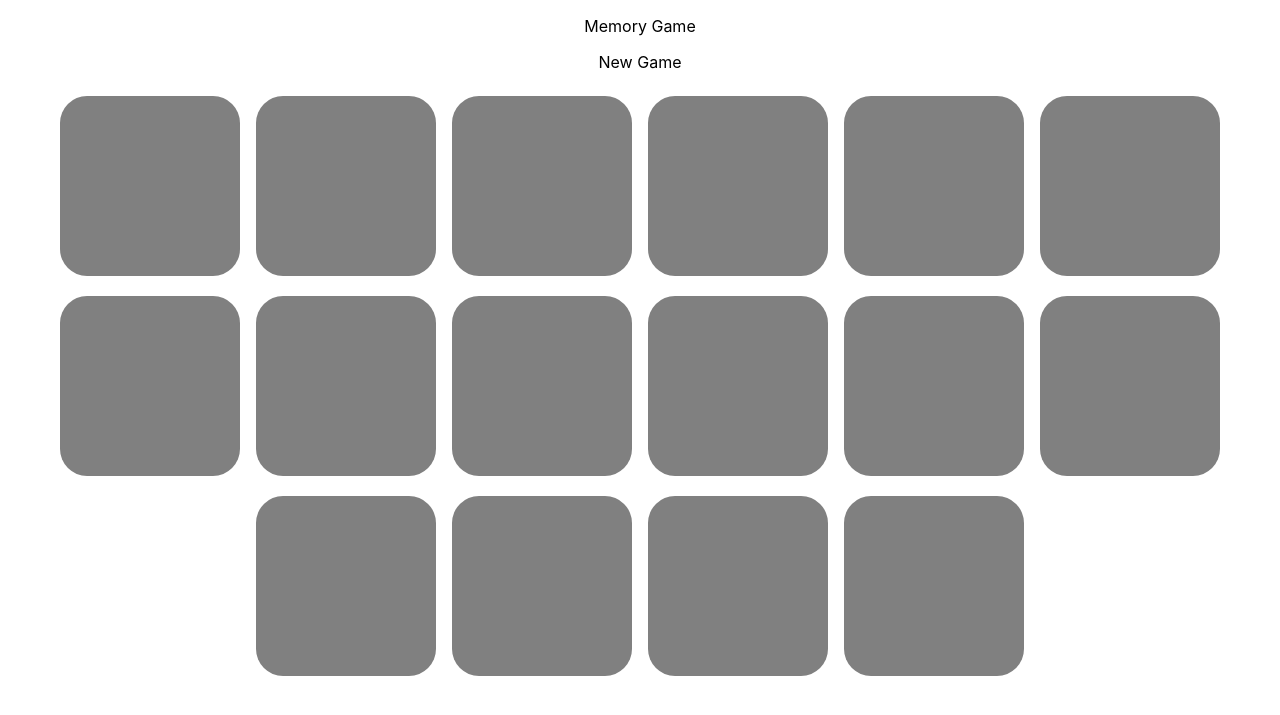
Repository: sokafootball/memory_game
Page: /
An editor plug-in stored every save of this project. The page is shown before and after a run of saves, followed by the edit.
The browser window is 1280 px wide. The pictures show the whole page.
The project was rebuilt for these pictures with package versions that can differ from the ones it lists, and the page was loaded fresh each time. Also part of the build but not shown: src/Game.js, src/Navbar.css.

Above is the page before, as saved 2019-01-21 11:20:04.

After the next 4 saves:
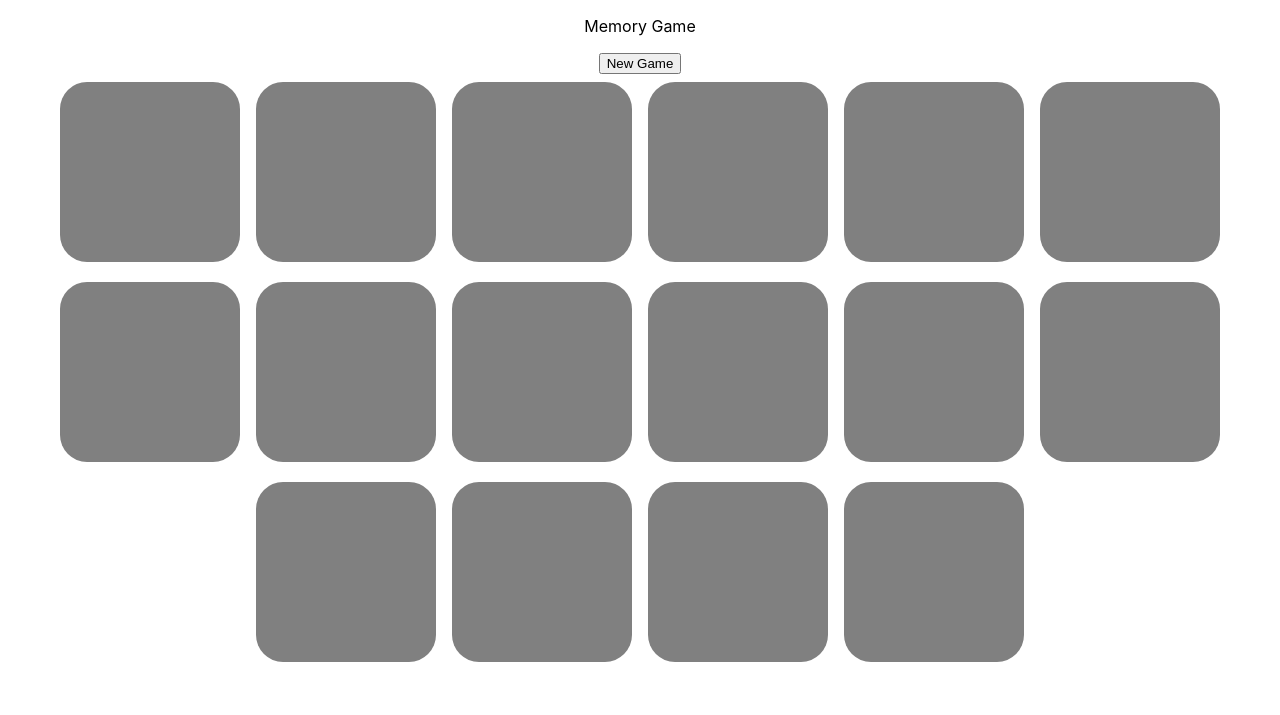
The 4 saves are shown as one change because 3 did not build or start.
The last was saved 4 min 54 s later.
--- a/src/Navbar.js
+++ b/src/Navbar.js
@@ -1,15 +1,13 @@
-import React, {Component} from 'react'
+import React from 'react'
 import './Navbar.css'
-class Navbar extends Component{
 
-  render () {
+const Navbar = (props) => {
     return (
       <div className='mainBar'>
         <p>Memory Game</p>
-        <p>New Game</p>
+        <button onClick={() => props.newGame}>New Game</button>
       </div>
     )
-  }
 }
 
 export {Navbar}
